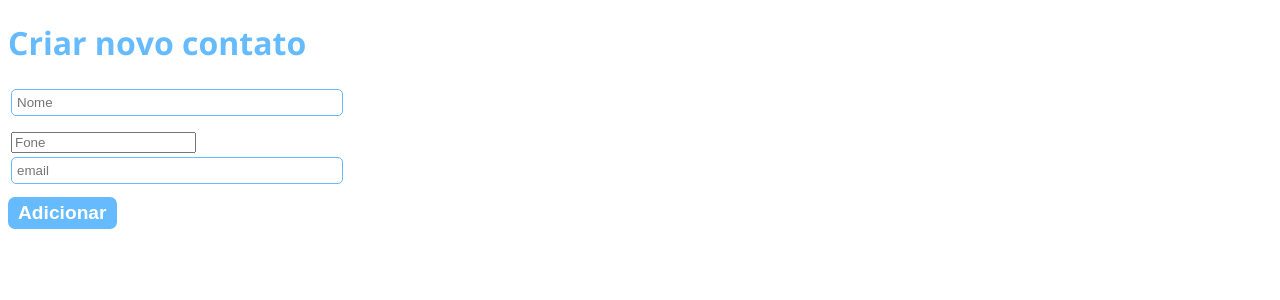
Repository: ricardoalves21/JavaWeb
Page: http://localhost/agenda/novo.html
An editor plug-in stored every save of this project. The page is shown before and after the next save, followed by the edit.
The browser window is 1280 px wide. The pictures show the whole page.
The page is served by Tomcat 9.

Above is the page before, as saved 2021-06-14 16:18:15.

After the next save:
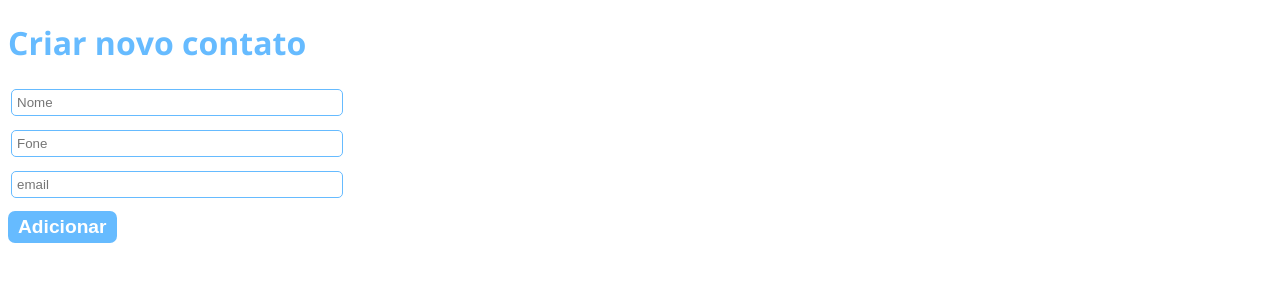
Saved 20 s later.
--- a/projeto_agenda/agenda/WebContent/style.css
+++ b/projeto_agenda/agenda/WebContent/style.css
@@ -30,3 +30,11 @@ h1 {
 	border: 1px solid #66bbff;
 	border-radius: 5px;
 }
+
+.Caixa2 {
+	width: 320px;
+	padding: 5px;
+	margin-bottom: 10px;
+	border: 1px solid #66bbff;
+	border-radius: 5px;
+}
